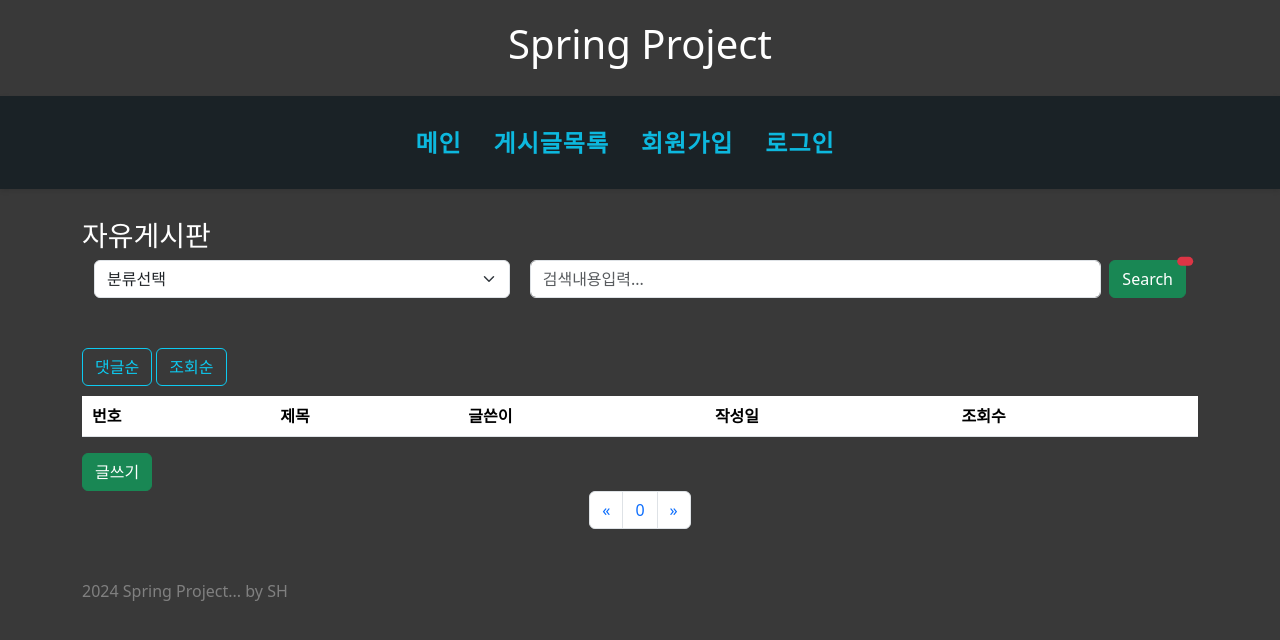
Repository: dtkd19/spring_personal_project
Page: http://localhost/myproject/WEB-INF/views/board/list.jsp
The author's editor kept a copy of each file at every save. The page is drawn from the files as they stood at one save, then again after the next save.
The browser window is 1280 px wide. The pictures show the whole page.
The page is served by Tomcat 9. Nobody is signed in. The template is opened directly, without the code that normally fills it, so the values that code supplies are empty.

Above is the page before, as saved 2024-11-08 07:59:35.

After the next save:
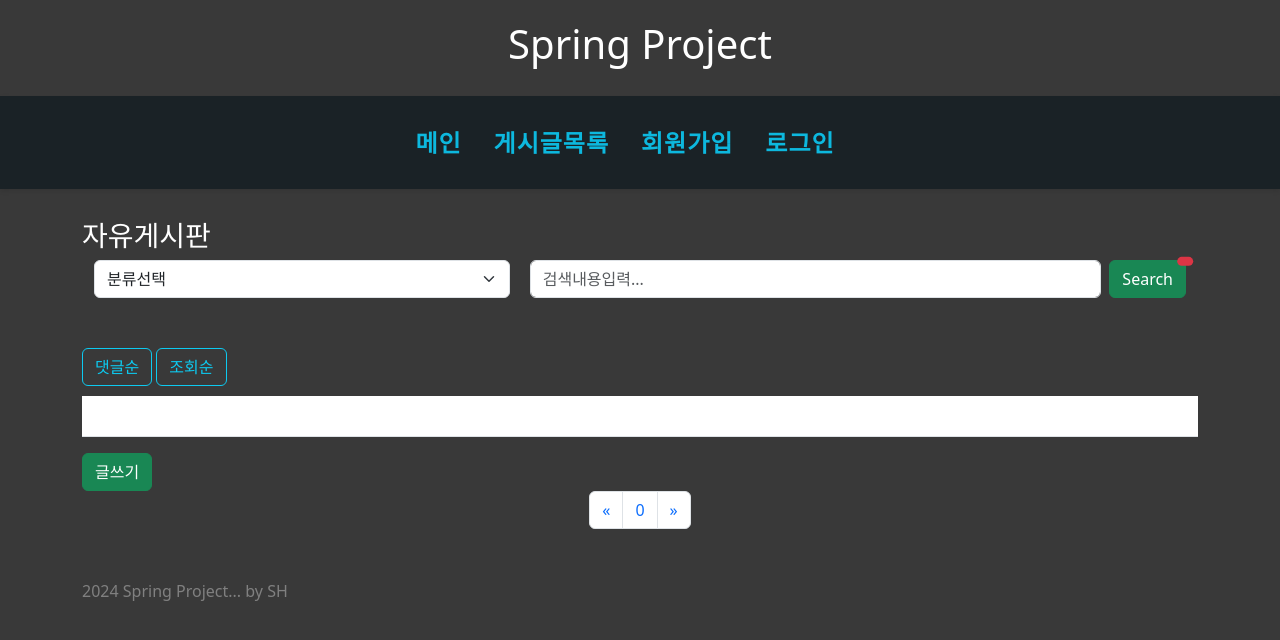
Saved 28 s later.
--- a/myproject/src/main/webapp/resources/css/list.css
+++ b/myproject/src/main/webapp/resources/css/list.css
@@ -7,10 +7,14 @@
 
 .table th{
 	padding-left: 10px;
+	color: white;
+	background-color: 393939;
 
 }
 .table td{
 	padding-left: 10px;
+	color: white;
+	background-color: 393939;
 }
 
 table{

After the save that followed:
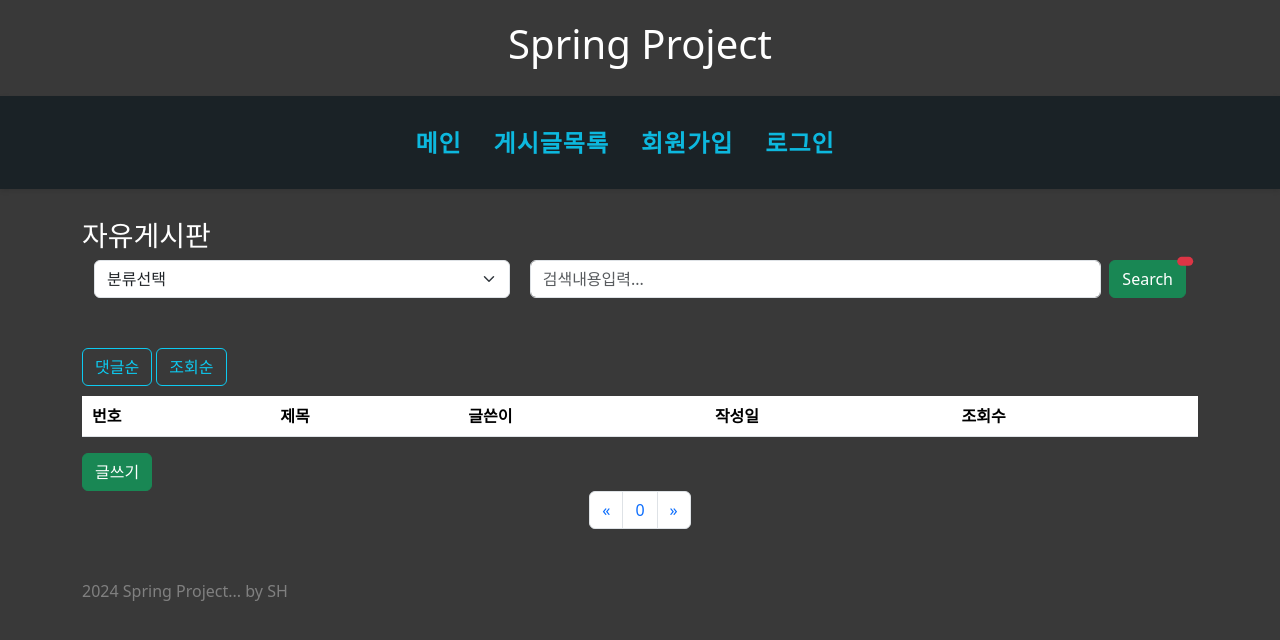
Saved 19 s later.
--- a/myproject/src/main/webapp/resources/css/list.css
+++ b/myproject/src/main/webapp/resources/css/list.css
@@ -7,17 +7,12 @@
 
 .table th{
 	padding-left: 10px;
-	color: white;
-	background-color: 393939;
 
 }
 .table td{
 	padding-left: 10px;
-	color: white;
-	background-color: 393939;
 }
 
-table{
-	color: white;
-	background-color: 393939;
+.table{
+	color:
 }
